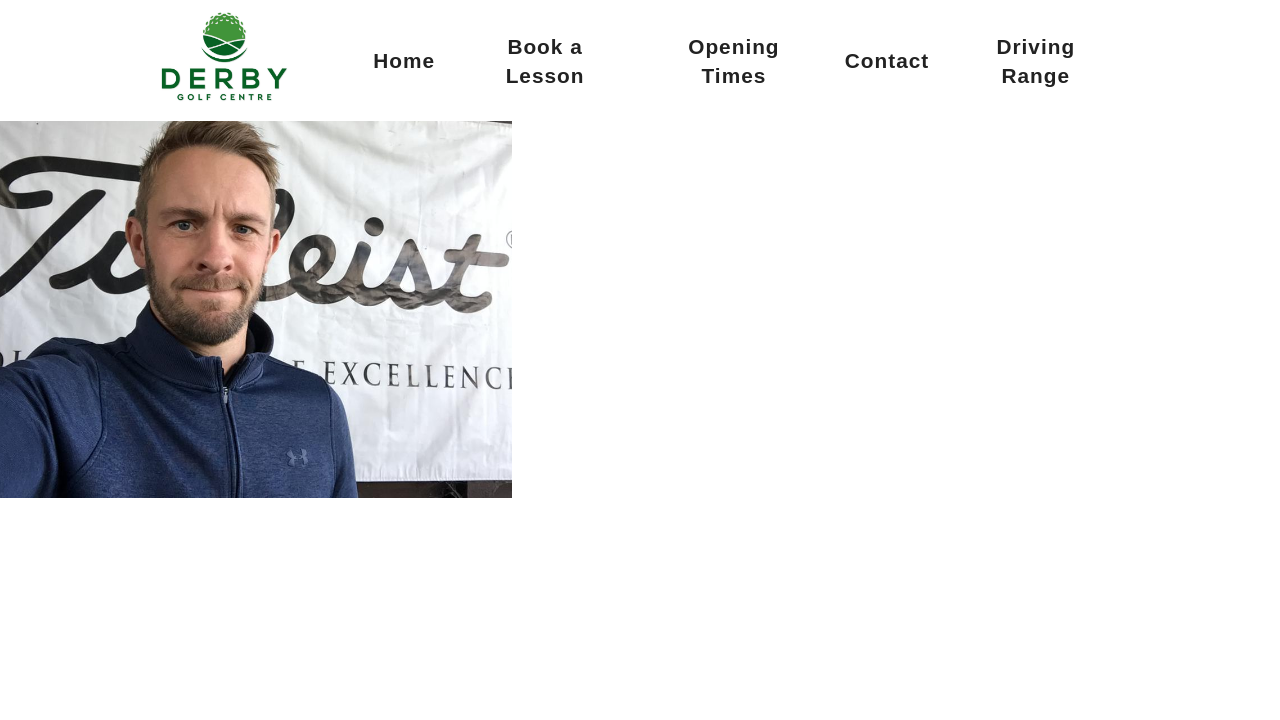
Repository: frankinstyyn/nigeljamesconsulting
Page: /lesson
The author's editor kept a copy of each file at every save. The page is drawn from the files as they stood at one save, then again after the next save.
The browser window is 1280 px wide. The pictures show the whole page.
Some web fonts or font styles are not loaded; a fallback is used. The project was rebuilt for these pictures with package versions that can differ from the ones it lists, and the page was loaded fresh each time. Also part of the build but not shown: src/components/Banner.js, src/pages/Home.js, src/pages/SingleRoom.js, src/pages/Error.js.

Above is the page before, as saved 2021-01-07 22:59:09.

### public/index.html
<!DOCTYPE html>
<html lang="en">
  <head>
    <meta charset="utf-8" />
    <link rel="icon" href="%PUBLIC_URL%/favicon.ico" />
    <meta name="viewport" content="width=device-width, initial-scale=1" />
    <meta name="theme-color" content="#000000" />
    <meta
      name="description"
      content="Web site created using create-react-app"
    />
    <link rel="apple-touch-icon" href="%PUBLIC_URL%/logo192.png" />
    <!--
      manifest.json provides metadata used when your web app is installed on a
      user's mobile device or desktop. See https://developers.google.com/web/fundamentals/web-app-manifest/
    -->
    <link rel="manifest" href="%PUBLIC_URL%/manifest.json" />
    <!--
      Notice the use of %PUBLIC_URL% in the tags above.
      It will be replaced with the URL of the `public` folder during the build.
      Only files inside the `public` folder can be referenced from the HTML.

      Unlike "/favicon.ico" or "favicon.ico", "%PUBLIC_URL%/favicon.ico" will
      work correctly both with client-side routing and a non-root public URL.
      Learn how to configure a non-root public URL by running `npm run build`.
    -->
    <title>Derby Golf Centre</title>
  </head>
  <body>
    <noscript>You need to enable JavaScript to run this app.</noscript>
    <div id="root"></div>
    <!--
      This HTML file is a template.
      If you open it directly in the browser, you will see an empty page.

      You can add webfonts, meta tags, or analytics to this file.
      The build step will place the bundled scripts into the <body> tag.

      To begin the development, run `npm start` or `yarn start`.
      To create a production bundle, use `npm run build` or `yarn build`.
    -->
  </body>
</html>

### src/index.js
import React from "react";
import ReactDOM from "react-dom";
import "./index.css";
import { BrowserRouter as Router } from "react-router-dom";
import App from "./App";
import reportWebVitals from "./reportWebVitals";

ReactDOM.render(
  <Router>
    <App />
  </Router>,
  document.getElementById("root")
);

// If you want to start measuring performance in your app, pass a function
// to log results (for example: reportWebVitals(console.log))
// or send to an analytics endpoint. Learn more: https://bit.ly/CRA-vitals
reportWebVitals();

### src/index.css
@import url("https://fonts.googleapis.com/css2?family=Darker+Grotesque:wght@300;800&display=swap");

body {
  margin: 0;
  font-family: -apple-system, BlinkMacSystemFont, "Segoe UI", "Roboto", "Oxygen",
    "Ubuntu", "Cantarell", "Fira Sans", "Droid Sans", "Helvetica Neue",
    sans-serif;
  -webkit-font-smoothing: antialiased;
  -moz-osx-font-smoothing: grayscale;
}

code {
  font-family: source-code-pro, Menlo, Monaco, Consolas, "Courier New",
    monospace;
}

### src/App.js
import "./App.css";
import Home from "./pages/Home";
import Lesson from "./pages/Lesson";
import SingleRoom from "./pages/SingleRoom";
import Error from "./pages/Error";

import { Route, Switch } from "react-router-dom";

import Navbar from "./components/Navbar";

function App() {
  return (
    <>
      <Navbar />
      <Switch>
        <Route exact path="/" component={Home} />
        <Route exact path="/lesson" component={Lesson} />
        <Route exact path="/lesson/:slug" component={SingleRoom} />
        <Route component={Error} />
      </Switch>
    </>
  );
}

export default App;

### src/App.css
* {
  margin: 0;
  padding: 0;
  box-sizing: border-box;
  font-family: "Darker Grotesque", sans-serif;
}
:root {
  --primaryColor: #1c6435;
  --mainWhite: #fff;
  --offWhite: #f7f7f7;
  --mainBlack: #222;
  --mainGrey: #ececec;
  --darkGrey: #cfcfcf;
  --mainTransition: all 0.3s linear;
  --mainSpacing: 1px;
  --lightShadow: 2px 5px 3px 0px rgba(0, 0, 0, 0.5);
  --darkShadow: 4px 10px 5px 0px rgba(0, 0, 0, 0.5);
}
/* globals */
body {
  padding-top: 66px;
  color: var(--mainBlack);
  background: var(--mainWhite);
  font-family: Verdana, Geneva, Tahoma, sans-serif;
  line-height: 1.4;
}
h1 {
  font-size: 3em;
  line-height: 1;
  margin-bottom: 0.5em;
}
h2 {
  font-size: 2em;
  margin-bottom: 0.75em;
}
h3 {
  font-size: 1.5em;
  line-height: 1;
  margin-bottom: 1em;
}
h4 {
  font-size: 1.2em;
  line-height: 1.25;
  margin-bottom: 1.25em;
}
h5 {
  font-size: 1em;
  font-weight: bold;
  margin-bottom: 1.5em;
}
h6 {
  font-size: 1em;
  font-weight: bold;
  margin-bottom: 1.5em;
}

.btn-primary {
  display: inline-block;
  text-decoration: none;
  letter-spacing: var(--mainSpacing);
  color: var(--mainWhite);
  background: var(--primaryColor);
  padding: 0.4rem 0.9rem;
  border: 3px solid var(--primaryColor);
  transition: var(--mainTransition);
  /* text-transform: uppercase; */
  cursor: pointer;
  width: 200px;
  font-size: 25px;
}
.btn-primary:hover {
  background: transparent;
  color: var(--primaryColor);
}
.loading {
  text-transform: capitalize;
  text-align: center;
  margin-top: 3rem;
}
.error {
  text-align: center;
  text-transform: uppercase;
  margin: 2rem 0;
}
.empty-search {
  text-align: center;
  text-transform: capitalize;
  margin: 2rem 0;
  padding: 1rem;
  letter-spacing: var(--mainSpacing);
}
/* end of globals */
/* Navbar */
.logo {
  height: 91px;
}
.navbar {
  position: fixed;
  top: 0;
  left: 0;
  width: 100%;
  padding: 0.75rem 2rem;
  background: var(--mainWhite);
  z-index: 1;
  display: inline-block;
  vertical-align: middle;
  text-align: center;
}
.nav-header {
  display: flex;
  justify-content: space-between;
}
.nav-btn {
  background: transparent;
  border: none;
  cursor: pointer;
  outline: none;
  color: red;
}
.nav-icon {
  font-size: 1.5rem;
  color: var(--primaryColor);
}
.nav-links {
  height: 0;
  overflow: hidden;
  transition: var(--mainTransition);
  list-style-type: none;
  align-items: center;
}
.nav-links a {
  display: block;
  text-decoration: none;
  padding: 1rem;
  color: var(--mainBlack);
  transition: var(--mainTransition);
  text-align: center;
  font-size: 1.3rem;
  font-weight: 600;
  letter-spacing: var(--mainSpacing);
}
.nav-links a:hover {
  color: var(--mainWhite);
  background: var(--primaryColor);
}

.show-nav {
  height: 100px;
}
@media screen and (min-width: 1028px) {
  .nav-btn {
    display: none;
  }
  .nav-center {
    max-width: 1170px;
    margin: 0 10%;
    display: flex;
  }
  .nav-links {
    height: auto;
    display: flex;
    margin-left: 4rem;
  }
  .nav-links a {
    /* margin: 0 1rem; */
    padding: 1rem;
  }
}
/* end of navbar */
/* Hero */
.defaultHero,
.roomsHero {
  min-height: calc(100vh - 66px);
  background: url("./images/defaultBcg.jpeg") center/cover no-repeat;
  display: flex;
  align-items: center;
  justify-content: center;
}
.roomsHero {
  background-image: url("./images/room-2.jpeg");
  min-height: 60vh;
  width: 40%;
}
/* End of Hero */
/* Banner */
.banner {
  display: inline-block;
  background: rgba(0, 0, 0, 0.5);
  color: var(--mainWhite);
  padding: 2rem 1rem;
  text-align: center;
  text-transform: capitalize;
  letter-spacing: var(--mainSpacing);
}
.banner h1 {
  font-size: 2.5rem;
}
.banner div {
  width: 10rem;
  height: 5px;
  background: var(--primaryColor);
  margin: 1.7rem auto;
}
.banner p {
  font-size: 1.8rem;
  margin-bottom: 2rem;
}
@media screen and (min-width: 576px) {
  .banner {
    padding: 2rem 3rem;
  }
  .banner h1 {
    font-size: 3rem;
  }
}
@media screen and (min-width: 992px) {
  .banner {
    padding: 2rem 6rem;
  }
  .banner h1 {
    font-size: 4rem;
  }
}
/* End of Banner */
/* Title */
.section-title {
  text-align: center;
  margin-bottom: 4rem;
}
.section-title h4 {
  font-size: 2rem;
  letter-spacing: var(--mainSpacing);
  text-transform: capitalize;
  margin-bottom: 1rem;
}
.section-title div {
  width: 5rem;
  height: 5px;
  margin: 0 auto;
  background: var(--primaryColor);
}
/* end of Title */

/* services */
.services {
  padding: 5rem 0;
}
.services {
  background: var(--darkGrey);
  text-align: center;
}
.services-center {
  width: 90vw;
  margin: 0 auto;
  display: grid;
  grid-template-columns: repeat(auto-fit, minmax(255px, 1fr));
  grid-row-gap: 2rem;
  grid-column-gap: 50px;
}
.service span {
  display: inline-block;
  color: var(--primaryColor);
  font-size: 2.5rem;
  margin-bottom: 1.5rem;
}
.services h6 {
  letter-spacing: var(--mainSpacing);
}
.services p {
  width: 80%;
  margin: 0 auto;
}
@media screen and (min-width: 992px) {
  .services-center {
    width: 95vw;
    max-width: 1170px;
  }
}

@media screen and (min-width: 1200px) {
  .services p {
    width: 100%;
  }
}
/*end of services */
/* featured rooms */

.featured-rooms {
  padding: 5rem 0;
}
.featured-rooms-center {
  width: 80vw;
  margin: 0 auto;
  display: grid;
  grid-template-columns: repeat(auto-fit, minmax(270px, 1fr));
  grid-row-gap: 2rem;
  grid-column-gap: 40px;
}
@media screen and (min-width: 776px) {
  .featured-rooms-center {
    width: 90vw;
    grid-template-columns: repeat(auto-fit, minmax(330px, 1fr));
  }
}
@media screen and (min-width: 992px) {
  .featured-rooms-center {
    width: 95vw;
    max-width: 1170px;
  }
}
/* end pf featured rooms */
/* room */
.room {
  box-shadow: var(--lightShadow);
  transition: var(--mainTransition);
}
.room:hover {
  box-shadow: var(--darkShadow);
}

.img-container {
  position: relative;
}
.img-container img {
  width: 100%;
  display: block;
  transition: var(--mainTransition);
}
.price-top {
  position: absolute;
  top: 0;
  left: 0;
  background: rgba(0, 0, 0, 0.8);
  color: var(--mainWhite);
  padding: 0.3rem 0.6rem 0.5rem;
  border-bottom-right-radius: 1rem;
  font-size: 0.5rem;
  text-align: center;
  transition: var(--mainTransition);
}
.price-top h6 {
  margin-bottom: 0;
  font-size: 0.9rem;
  font-weight: 300;
  letter-spacing: var(--mainSpacing);
}
.room-link {
  position: absolute;
  top: 50%;
  left: 50%;
  transform: scale(0);
  transition: all 0.3s linear;
}
.img-container:hover {
  background: rgba(0, 0, 0, 0.8);
}
.img-container:hover img {
  opacity: 0.3;
}
.img-container:hover .price-top {
  opacity: 0;
}
.img-container:hover .room-link {
  transform: translate(-50%, -50%) scale(1);
}
.room-info {
  background: var(--darkGrey);
  text-transform: capitalize;
  padding: 0.5rem 0;
  text-align: center;
  font-weight: 700;
  letter-spacing: var(--mainSpacing);
}
/* end of room  */
/* single room*/

.single-room {
  padding: 5rem 0 0 0;
}
.single-room-images {
  width: 80vw;
  margin: 0 auto;
  display: grid;
  grid-template-columns: repeat(auto-fit, minmax(350px, 1fr));
  grid-row-gap: 2rem;
  grid-column-gap: 50px;
}
.single-room-images img {
  width: 100%;
  display: block;
}
.single-room-info {
  width: 80vw;
  display: grid;
  grid-template-columns: 1fr;
  margin: 2rem auto;
}
.desc,
.info {
  margin: 1rem 0;
}
.desc h3 {
  text-transform: capitalize;
  letter-spacing: var(--mainSpacing);
}
.desc p {
  line-height: 1.5;
}
.info h3,
.info h6 {
  text-transform: capitalize;
  letter-spacing: var(--mainSpacing);
}

.info h6 {
  font-weight: 300;
}
.room-extras {
  width: 80vw;
  margin: 0 auto 3rem auto;
}
.room-extras h6 {
  text-transform: capitalize;
  letter-spacing: var(--mainSpacing);
}
.extras {
  list-style-type: none;
  display: grid;
  grid-template-columns: repeat(auto-fit, minmax(330px, 1fr));
  grid-column-gap: 2rem;
  grid-row-gap: 1rem;
}
@media screen and (min-width: 992px) {
  .single-room-images,
  .single-room-info,
  .room-extras {
    width: 95vw;
    max-width: 1170px;
  }
  .single-room-info {
    display: grid;
    grid-template-columns: 1fr 1fr;
    grid-column-gap: 2rem;
  }
  .info {
    padding-left: 3rem;
  }
}
/* end of single room*/
/* roomlist */
.roomslist {
  padding: 5rem 0;
}
.roomslist-center {
  width: 80vw;
  margin: 0 auto;
  display: grid;
  grid-template-columns: repeat(auto-fill, minmax(270px, 1fr));
  grid-row-gap: 2rem;
  grid-column-gap: 30px;
}

@media screen and (min-width: 776px) {
  .roomslist-center {
    width: 90vw;
  }
}
@media screen and (min-width: 992px) {
  .roomslist-center {
    width: 95vw;
    max-width: 1170px;
  }
}
/* end of roomlist */
/*  rooms fitler*/
.filter-container {
  padding: 5rem 0;
}
.filter-form {
  width: 60vw;
  margin: 0 auto;
  display: grid;
  grid-template-columns: repeat(auto-fit, minmax(202px, 1fr));
  grid-row-gap: 2rem;
  grid-column-gap: 40px;
}
.form-group {
  text-transform: capitalize;
}
.form-group label {
  display: block;
  letter-spacing: var(--mainSpacing);
  margin-bottom: 0.5rem;
}
.form-control {
  width: 100%;
  background: transparent;
  font-size: 1rem;
}
.size-inputs {
  display: flex;
}
.size-input {
  width: 40%;
  padding: 0.2rem;
  border: 1px solid var(--mainBlack);
  border-radius: 0.3rem;
  margin-right: 0.3rem;
}
.single-extra label {
  display: inline-block;
  font-size: 0.8rem;
  margin-left: 0.5rem;
}
@media screen and (min-width: 776px) {
  .filter-form {
    width: 70vw;
  }
}
@media screen and (min-width: 992px) {
  .filter-form {
    width: 95vw;
    max-width: 1170px;
  }
}
/* end of rooms fitler*/

### src/pages/Lesson.js
import React from "react";
import Hero from "../components/Hero"

const Rooms = () => {
  return <Hero hero="roomsHero" />
};

export default Rooms;

### src/components/Navbar.js
import React, { Component } from "react";
import { IoGolf } from "react-icons/io5";
import logo from "../images/sdrlogo.jpeg";
import { FaAlignRight } from "react-icons/fa";
import { Link } from "react-router-dom";

export default class Navbar extends Component {
  state = {
    isOpen: false,
  }
  handleToggle = () => {
    this.setState({ isOpen: !this.state.isOpen });
  }
  render() {
    return <nav className="navbar">
      <div class="nav-center">
        <div class="nav-header">
          <Link to="/">
            <img className="logo" src={logo} alt="Derby Golf Centre" />
          </Link>
          <button type="button" className="nav-btn" onClick={this.handleToggle}>
            <FaAlignRight className="nav-icon" />
          </button>
        </div>
        <ul className={this.state.isOpen ? "nav-links show-nav" : "nav-links"}>
          <li>
            <Link to="/">Home</Link>
          </li>
          <li>
            <Link to="/lesson">Book a Lesson</Link>
          </li>
          <li>
            <Link to="/opening-times">Opening Times</Link>
          </li>
          <li>
            <Link to="/contact">Contact</Link>
          </li>
          <li>
            <Link to="/driving-range">Driving Range</Link>
          </li>
        </ul>
      </div>
    </nav>;
  }
}

### src/components/Hero.js
import React from 'react'

export default function Hero({children, hero}) {
    return (
        <header className={hero}>{children}</header>
    )
}

Loaded but not shown: src/reportWebVitals.js (common file)

After the next save:
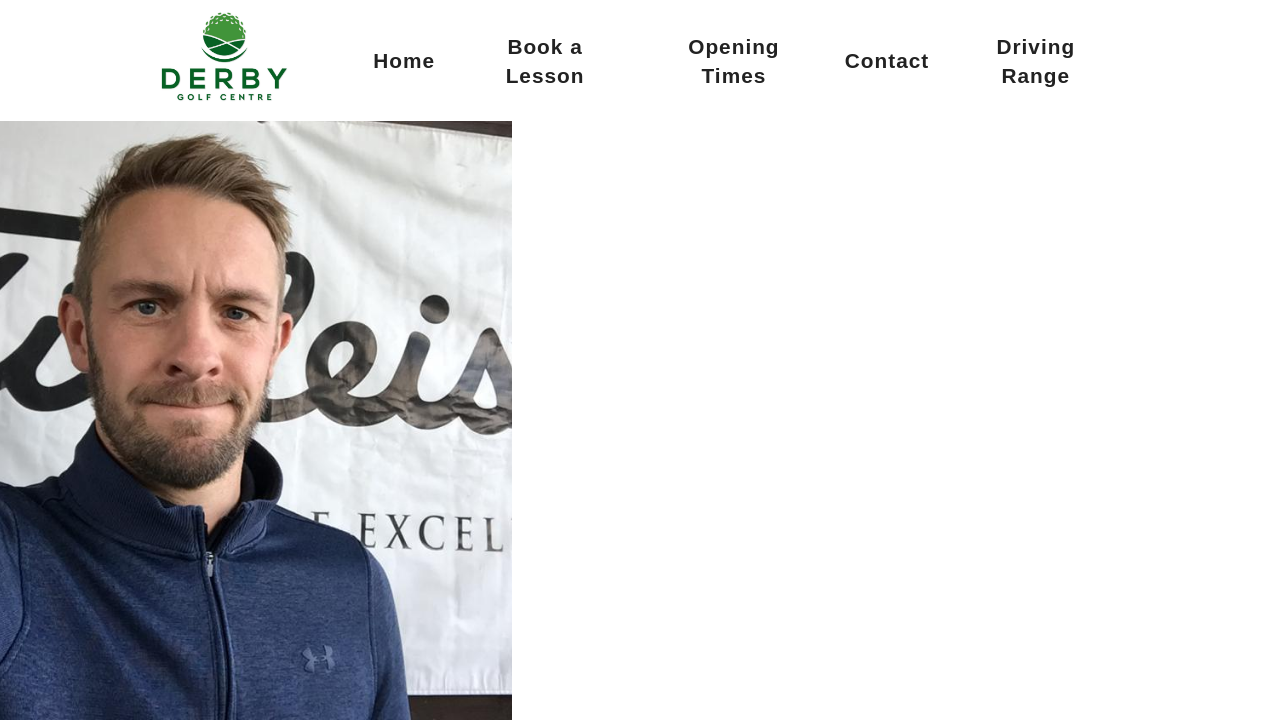
Saved 33 s later.
--- a/src/App.css
+++ b/src/App.css
@@ -178,7 +178,7 @@
 }
 .roomsHero {
   background-image: url("./images/room-2.jpeg");
-  min-height: 60vh;
+  /* min-height: 60vh; */
   width: 40%;
 }
 /* End of Hero */
